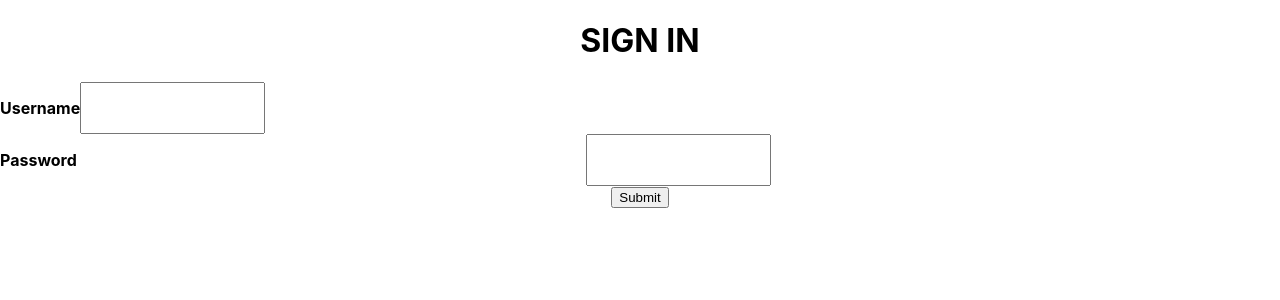
Repository: PreetiToppo/networking
Page: /
An editor plug-in stored every save of this project. The page is shown before and after the next save, followed by the edit.
The browser window is 1280 px wide. The pictures show the whole page.
The project was rebuilt for these pictures with package versions that can differ from the ones it lists, and the page was loaded fresh each time.

Above is the page before, as saved 2023-01-21 19:41:46.

After the next save:
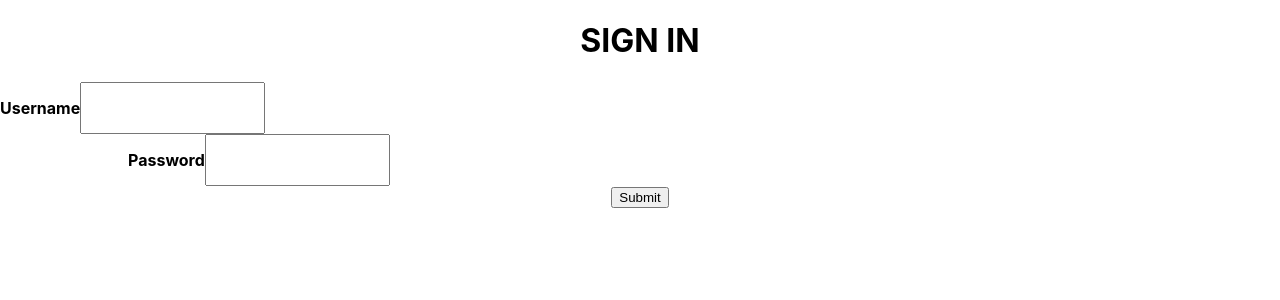
Saved 29 s later.
--- a/src/App.css
+++ b/src/App.css
@@ -8,7 +8,7 @@
 
 .pass {
   display: flex;
-  justify-content: space-between;
+  margin-left: 10%;
 }
 
 p{
